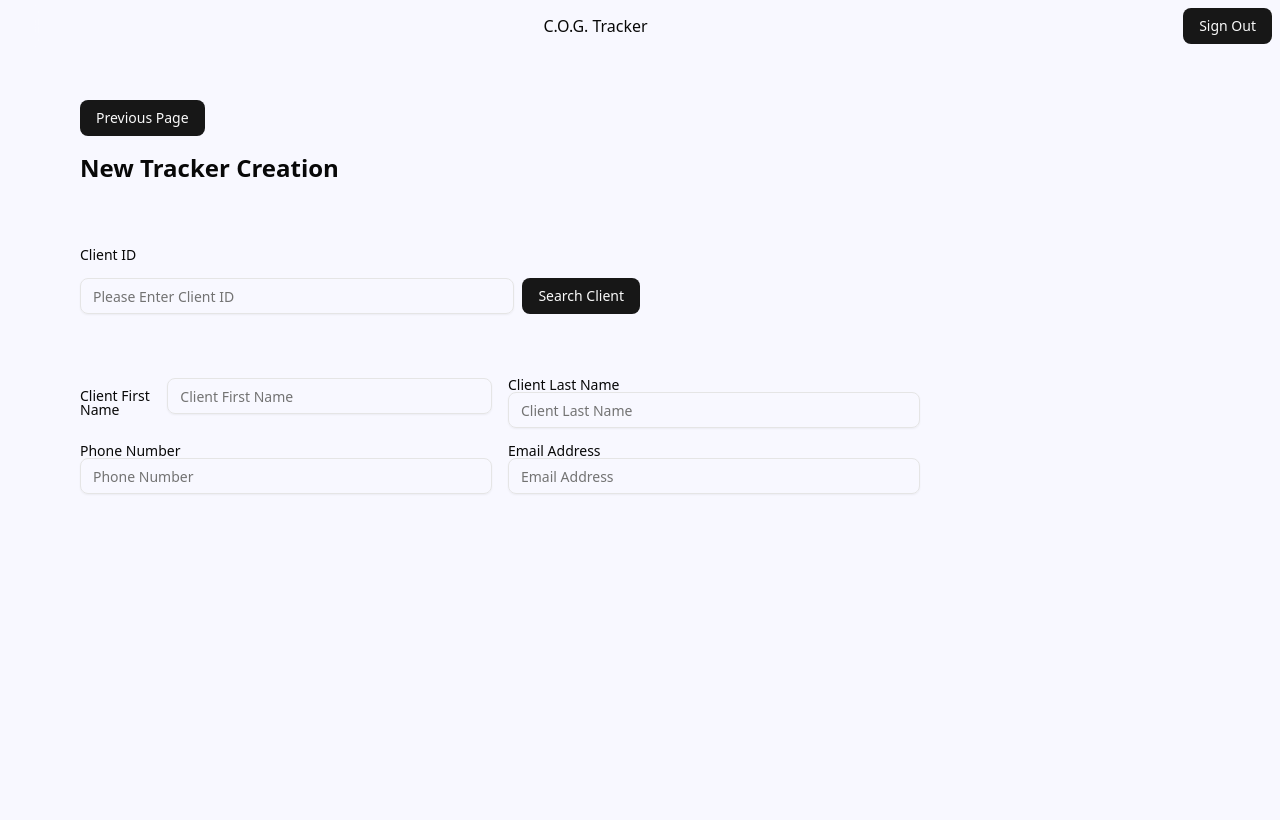
Repository: Renzo-Salosagcol/cog_tracker
Page: /dashboard/add-tracker
These files come from the project's save history. The page is drawn as it stood at one moment and after the next save; the edit follows.
The browser window is 1280 px wide. The pictures show the whole page.
The page's requests for data from a server got no answer. The project was rebuilt for these pictures with package versions that can differ from the ones it lists, and the page was loaded fresh each time. The framework's server and built-in components were replaced by stand-ins that run in the browser. No one was signed in, and anything a server would have sent is missing. Also part of the build but not shown: next.config.ts.

Above is the page before, as saved 2026-01-14 20:33:00.

### app/layout.tsx
import type { Metadata } from "next";
import { Geist, Geist_Mono } from "next/font/google";
import "./globals.css";

const geistSans = Geist({
  variable: "--font-geist-sans",
  subsets: ["latin"],
});

const geistMono = Geist_Mono({
  variable: "--font-geist-mono",
  subsets: ["latin"],
});

export const metadata: Metadata = {
  title: "COG Tracker",
  description: "COG tracker created to track client owned goods in a centralized and easily accessible way",
};

export default function RootLayout({
  children,
}: Readonly<{
  children: React.ReactNode;
}>) {
  return (
    <html lang="en">
      <body
        className={`${geistSans.variable} ${geistMono.variable} antialiased`}
      >
        {children}
      </body>
    </html>
  );
}

### app/dashboard/add-tracker/page.tsx
"use client";
import { Navbar } from "@/components/navbar";
import { Button } from "@/components/ui/button";
import { Separator } from "@radix-ui/react-separator";
import { Input } from "@/components/ui/input";
import { Label } from "@/components/ui/label";


export default function AddTrackerPage() {
  return (
    <div className="root-page-element bg-background items-center justify-center p-10">
      <Navbar />
      <div className=" w-full min-h-screen h-full flex flex-col gap-4 p-10 mt-5">
        <div className="mt-0 items-left w-full">
          <Button>Previous Page</Button>
        </div>
        <h1 className="font-bold text-2xl">
          New Tracker Creation
        </h1>
        <Separator className="my-4" />
        <div className="flex flex-col gap-4">
          <Label htmlFor="client-id">Client ID</Label>
          <div className="flex gap-2 w-1/2">
            <Input id="client-id" placeholder="Please Enter Client ID"/>
            <Button>Search Client</Button>
          </div>
        </div>
        <Separator className="my-4" />
        <div className="grid grid-cols-2 gap-4 w-3/4">
          <div className="flex flex-colgap-4">
            <Label htmlFor="client-first-name">Client First Name</Label>
            <Input id="client-first-name" placeholder="Client First Name"/>
          </div>
          <div>
            <Label htmlFor="client-last-name">Client Last Name</Label>
            <Input id="client-last-name" placeholder="Client Last Name"/>
          </div>
          <div>
            <Label htmlFor="phone-number">Phone Number</Label>
            <Input id="phone-number" placeholder="Phone Number"/>
          </div>
          <div>
            <Label htmlFor="email-address">Email Address</Label>
            <Input id="email-address" placeholder="Email Address"/>
          </div>
        </div>
      </div>
    </div>
  );
}

### app/globals.css
@import "tailwindcss";
@import "tw-animate-css";

@custom-variant dark (&:is(.dark *));

@theme inline {
  --radius-sm: calc(var(--radius) - 4px);
  --radius-md: calc(var(--radius) - 2px);
  --radius-lg: var(--radius);
  --radius-xl: calc(var(--radius) + 4px);
  --radius-2xl: calc(var(--radius) + 8px);
  --radius-3xl: calc(var(--radius) + 12px);
  --radius-4xl: calc(var(--radius) + 16px);
  --color-background: var(--background);
  --color-foreground: var(--foreground);
  --color-card: var(--card);
  --color-card-foreground: var(--card-foreground);
  --color-popover: var(--popover);
  --color-popover-foreground: var(--popover-foreground);
  --color-primary: var(--primary);
  --color-primary-foreground: var(--primary-foreground);
  --color-secondary: var(--secondary);
  --color-secondary-foreground: var(--secondary-foreground);
  --color-muted: var(--muted);
  --color-muted-foreground: var(--muted-foreground);
  --color-accent: var(--accent);
  --color-accent-foreground: var(--accent-foreground);
  --color-destructive: var(--destructive);
  --color-border: var(--border);
  --color-input: var(--input);
  --color-ring: var(--ring);
  --color-chart-1: var(--chart-1);
  --color-chart-2: var(--chart-2);
  --color-chart-3: var(--chart-3);
  --color-chart-4: var(--chart-4);
  --color-chart-5: var(--chart-5);
  --color-sidebar: var(--sidebar);
  --color-sidebar-foreground: var(--sidebar-foreground);
  --color-sidebar-primary: var(--sidebar-primary);
  --color-sidebar-primary-foreground: var(--sidebar-primary-foreground);
  --color-sidebar-accent: var(--sidebar-accent);
  --color-sidebar-accent-foreground: var(--sidebar-accent-foreground);
  --color-sidebar-border: var(--sidebar-border);
  --color-sidebar-ring: var(--sidebar-ring);
  --color-facebook: var(--facebook-blue);
}

:root {
  --radius: 0.625rem;
  --background: #f8f8ff; /* Ghost White */
  --foreground: #080808; /* Vampire Black */
  --card: oklch(1 0 0);
  --card-foreground: oklch(0.145 0 0);
  --popover: oklch(1 0 0);
  --popover-foreground: oklch(0.145 0 0);
  --primary: oklch(0.205 0 0);
  --primary-foreground: oklch(0.985 0 0);
  --secondary: oklch(0.97 0 0);
  --secondary-foreground: oklch(0.205 0 0);
  --muted: oklch(0.97 0 0);
  --muted-foreground: oklch(0.556 0 0);
  --accent: oklch(0.97 0 0);
  --accent-foreground: oklch(0.205 0 0);
  --destructive: oklch(0.577 0.245 27.325);
  --border: oklch(0.922 0 0);
  --input: oklch(0.922 0 0);
  --ring: oklch(0.708 0 0);
  --chart-1: oklch(0.646 0.222 41.116);
  --chart-2: oklch(0.6 0.118 184.704);
  --chart-3: oklch(0.398 0.07 227.392);
  --chart-4: oklch(0.828 0.189 84.429);
  --chart-5: oklch(0.769 0.188 70.08);
  --sidebar: oklch(0.985 0 0);
  --sidebar-foreground: oklch(0.145 0 0);
  --sidebar-primary: oklch(0.205 0 0);
  --sidebar-primary-foreground: oklch(0.985 0 0);
  --sidebar-accent: oklch(0.97 0 0);
  --sidebar-accent-foreground: oklch(0.205 0 0);
  --sidebar-border: oklch(0.922 0 0);
  --sidebar-ring: oklch(0.708 0 0);
  --facebook-blue: #0165E1;
}

.dark {
  --background: #080808; /* Vampire Black */
  --foreground: #f8f8ff; /* Ghost White */
  --card: oklch(0.205 0 0);
  --card-foreground: oklch(0.985 0 0);
  --popover: oklch(0.205 0 0);
  --popover-foreground: oklch(0.985 0 0);
  --primary: oklch(0.922 0 0);
  --primary-foreground: oklch(0.205 0 0);
  --secondary: oklch(0.269 0 0);
  --secondary-foreground: oklch(0.985 0 0);
  --muted: oklch(0.269 0 0);
  --muted-foreground: oklch(0.708 0 0);
  --accent: oklch(0.269 0 0);
  --accent-foreground: oklch(0.985 0 0);
  --destructive: oklch(0.704 0.191 22.216);
  --border: oklch(1 0 0 / 10%);
  --input: oklch(1 0 0 / 15%);
  --ring: oklch(0.556 0 0);
  --chart-1: oklch(0.488 0.243 264.376);
  --chart-2: oklch(0.696 0.17 162.48);
  --chart-3: oklch(0.769 0.188 70.08);
  --chart-4: oklch(0.627 0.265 303.9);
  --chart-5: oklch(0.645 0.246 16.439);
  --sidebar: oklch(0.205 0 0);
  --sidebar-foreground: oklch(0.985 0 0);
  --sidebar-primary: oklch(0.488 0.243 264.376);
  --sidebar-primary-foreground: oklch(0.985 0 0);
  --sidebar-accent: oklch(0.269 0 0);
  --sidebar-accent-foreground: oklch(0.985 0 0);
  --sidebar-border: oklch(1 0 0 / 10%);
  --sidebar-ring: oklch(0.556 0 0);
  --facebook-blue: #0165E1;
}

@layer base {
  * {
    @apply border-border outline-ring/50;
  }
  body {
    @apply bg-background text-foreground;
  }
}

@utility root-page-element {
  @apply min-h-screen flex flex-col items-center justify-center top-0 left-0 w-full;
}

@utility glassmorphism {
  @apply bg-background/70 backdrop-blur-lg
}

### components/navbar.tsx
import { supabase } from "@/lib/supabase"
import { Button } from "./ui/button"
import { getUserInformation } from "@/lib/supabase"
import { useRouter } from "next/navigation";
import { useState, useEffect } from "react";

export const Navbar = () => {
  const router = useRouter();
  const [user, setUser] = useState(null);

  useEffect(() => {
    const getUser = async () => {
      const supabaseUser = await getUserInformation();
      setUser(supabaseUser);
    };
    getUser();
  }, []);

  async function signOut() {
    let { error } = await supabase.auth.signOut()
  }

  useEffect(() => {
    const { data: { subscription } } = supabase.auth.onAuthStateChange((event, session) => {
      if (event == "SIGNED_OUT") {
          router.push("/");
      }
    });
    return () => subscription?.unsubscribe();
  }, [router]);

  return (
    <nav className="top-0 left-0 w-full glassmorphism fixed">
      <div className="flex flex-row items-center justify-between p-2">
        <div className="items-left">{user?.email}</div>
        <h1>C.O.G. Tracker</h1>
        <Button onClick={signOut}>Sign Out</Button>
      </div>
    </nav>
  )
}

### components/ui/button.tsx
import * as React from "react"
import { Slot } from "@radix-ui/react-slot"
import { cva, type VariantProps } from "class-variance-authority"

import { cn } from "@/lib/utils"

const buttonVariants = cva(
  "inline-flex items-center justify-center gap-2 whitespace-nowrap rounded-md text-sm font-medium transition-all disabled:pointer-events-none disabled:opacity-50 [&_svg]:pointer-events-none [&_svg:not([class*='size-'])]:size-4 shrink-0 [&_svg]:shrink-0 outline-none focus-visible:border-ring focus-visible:ring-ring/50 focus-visible:ring-[3px] aria-invalid:ring-destructive/20 dark:aria-invalid:ring-destructive/40 aria-invalid:border-destructive",
  {
    variants: {
      variant: {
        default: "bg-primary text-primary-foreground hover:bg-primary/90",
        destructive:
          "bg-destructive text-white hover:bg-destructive/90 focus-visible:ring-destructive/20 dark:focus-visible:ring-destructive/40 dark:bg-destructive/60",
        outline:
          "border bg-background shadow-xs hover:bg-accent hover:text-accent-foreground dark:bg-input/30 dark:border-input dark:hover:bg-input/50",
        secondary:
          "bg-secondary text-secondary-foreground hover:bg-secondary/80",
        ghost:
          "hover:bg-accent hover:text-accent-foreground dark:hover:bg-accent/50",
        link: "text-primary underline-offset-4 hover:underline",
        facebook: "bg-facebook text-white hover:bg-facebook/90",
      },
      size: {
        default: "h-9 px-4 py-2 has-[>svg]:px-3",
        sm: "h-8 rounded-md gap-1.5 px-3 has-[>svg]:px-2.5",
        lg: "h-10 rounded-md px-6 has-[>svg]:px-4",
        icon: "size-9",
        "icon-sm": "size-8",
        "icon-lg": "size-10",
      },
    },
    defaultVariants: {
      variant: "default",
      size: "default",
    },
  }
)

function Button({
  className,
  variant = "default",
  size = "default",
  asChild = false,
  ...props
}: React.ComponentProps<"button"> &
  VariantProps<typeof buttonVariants> & {
    asChild?: boolean
  }) {
  const Comp = asChild ? Slot : "button"

  return (
    <Comp
      data-slot="button"
      data-variant={variant}
      data-size={size}
      className={cn(buttonVariants({ variant, size, className }))}
      {...props}
    />
  )
}

export { Button, buttonVariants }

### components/ui/input.tsx
import * as React from "react"

import { cn } from "@/lib/utils"

function Input({ className, type, ...props }: React.ComponentProps<"input">) {
  return (
    <input
      type={type}
      data-slot="input"
      className={cn(
        "file:text-foreground placeholder:text-muted-foreground selection:bg-primary selection:text-primary-foreground dark:bg-input/30 border-input h-9 w-full min-w-0 rounded-md border bg-transparent px-3 py-1 text-base shadow-xs transition-[color,box-shadow] outline-none file:inline-flex file:h-7 file:border-0 file:bg-transparent file:text-sm file:font-medium disabled:pointer-events-none disabled:cursor-not-allowed disabled:opacity-50 md:text-sm",
        "focus-visible:border-ring focus-visible:ring-ring/50 focus-visible:ring-[3px]",
        "aria-invalid:ring-destructive/20 dark:aria-invalid:ring-destructive/40 aria-invalid:border-destructive",
        className
      )}
      {...props}
    />
  )
}

export { Input }

### lib/supabase.ts
import { createClient } from '@supabase/supabase-js';

const supabaseUrl = process.env.NEXT_PUBLIC_SUPABASE_URL;
const supabaseAnonKey = process.env.NEXT_PUBLIC_SUPABASE_ANON_KEY;

export const supabase = createClient(supabaseUrl, supabaseAnonKey);

export async function getUserInformation() {
  const { data: { user } } = await supabase.auth.getUser()

  return user;
}

Loaded but not shown: components/ui/label.tsx (common file); lib/utils.ts (common file)

After the next save:
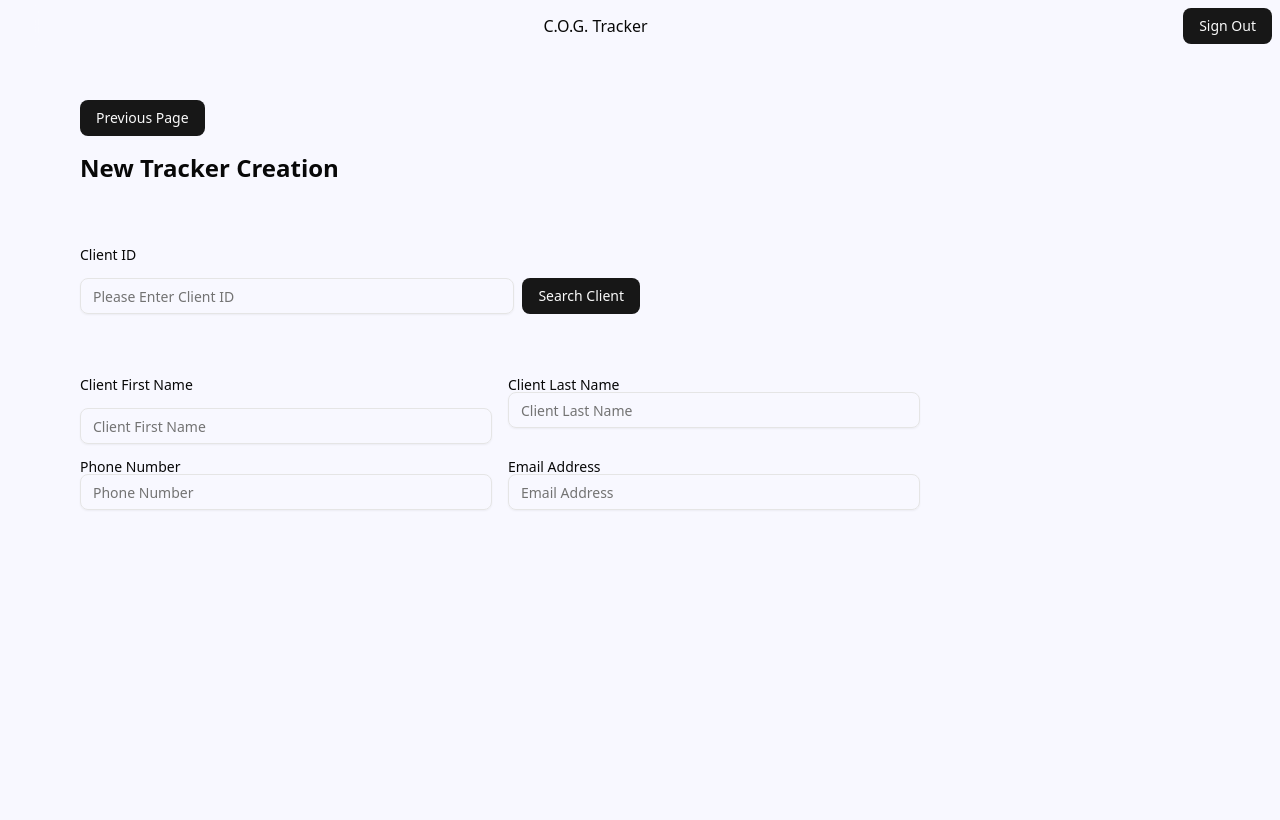
Saved 4 s later.
--- a/app/dashboard/add-tracker/page.tsx
+++ b/app/dashboard/add-tracker/page.tsx
@@ -27,7 +27,7 @@ export default function AddTrackerPage() {
         </div>
         <Separator className="my-4" />
         <div className="grid grid-cols-2 gap-4 w-3/4">
-          <div className="flex flex-colgap-4">
+          <div className="flex flex-col gap-4">
             <Label htmlFor="client-first-name">Client First Name</Label>
             <Input id="client-first-name" placeholder="Client First Name"/>
           </div>
